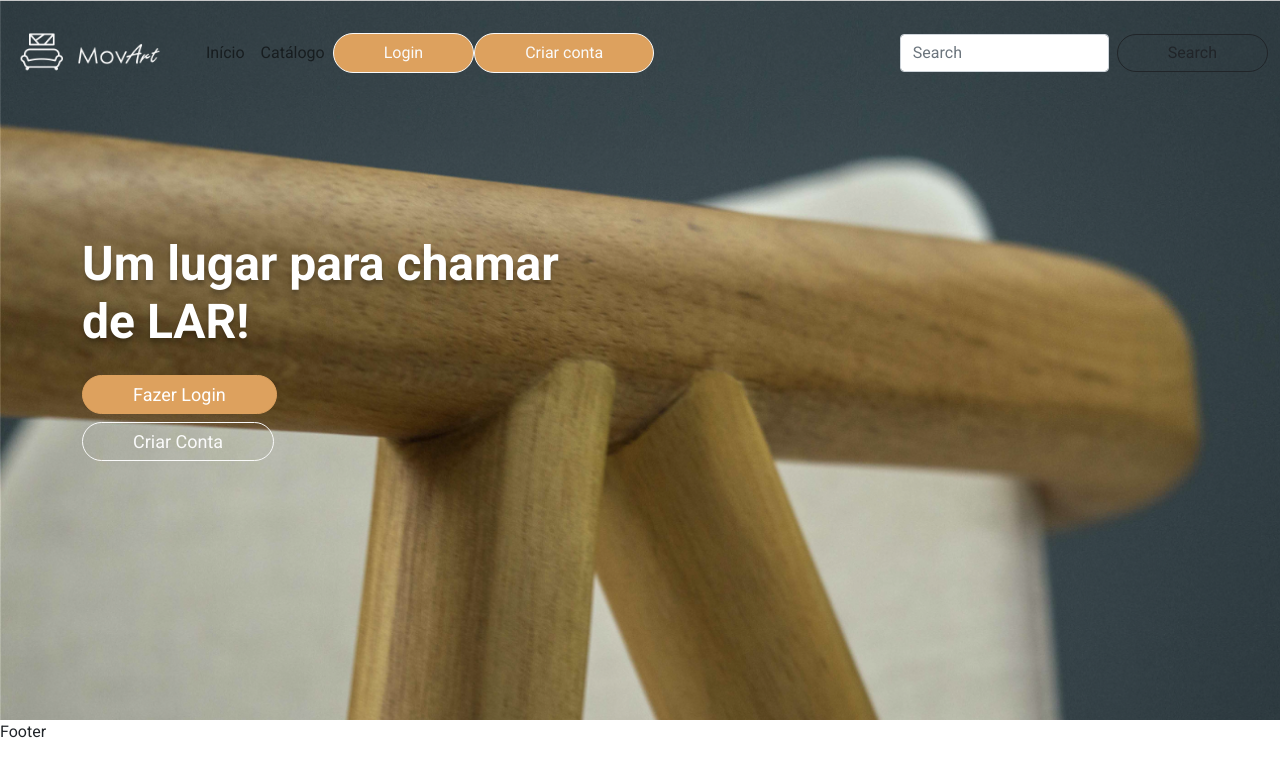
Repository: telesbp/Projeto-4-e-Projeto-5
Page: / (app in front-end/)
The author's editor kept a copy of each file at every save. The page is drawn from the files as they stood at one save, then again after the next save.
The browser window is 1280 px wide. The pictures show the whole page.
The project was rebuilt for these pictures with package versions that can differ from the ones it lists, and the page was loaded fresh each time.

Above is the page before, as saved 2022-07-17 17:24:07.

### front-end/public/index.html
<!DOCTYPE html>
<html lang="pt-BR">
  <head>
    <meta charset="utf-8" />
    <link rel="icon" href="%PUBLIC_URL%/favicon.ico" />
    <meta name="viewport" content="width=device-width, initial-scale=1" />
    <meta name="theme-color" content="#000000" />
    <meta
      name="description"
      content="Seu negócio automatizado!"
    />
    <link rel="apple-touch-icon" href="%PUBLIC_URL%/logo192.png" />
    <!--
      manifest.json provides metadata used when your web app is installed on a
      user's mobile device or desktop. See https://developers.google.com/web/fundamentals/web-app-manifest/
    -->
    <link rel="manifest" href="%PUBLIC_URL%/manifest.json" />
    <!--
      Notice the use of %PUBLIC_URL% in the tags above.
      It will be replaced with the URL of the `public` folder during the build.
      Only files inside the `public` folder can be referenced from the HTML.

      Unlike "/favicon.ico" or "favicon.ico", "%PUBLIC_URL%/favicon.ico" will
      work correctly both with client-side routing and a non-root public URL.
      Learn how to configure a non-root public URL by running `npm run build`.
    -->
    <title>Stagio</title>

    <link rel="preconnect" href="https://fonts.googleapis.com">
    <link rel="preconnect" href="https://fonts.gstatic.com" crossorigin>
    <link href="https://fonts.googleapis.com/css2?family=Roboto:wght@400;700&display=swap" rel="stylesheet">
  </head>
  <body>
    <noscript>You need to enable JavaScript to run this app.</noscript>
    <div id="root"></div>
    <!--
      This HTML file is a template.
      If you open it directly in the browser, you will see an empty page.

      You can add webfonts, meta tags, or analytics to this file.
      The build step will place the bundled scripts into the <body> tag.

      To begin the development, run `npm start` or `yarn start`.
      To create a production bundle, use `npm run build` or `yarn build`.
    -->
  </body>
</html>

### front-end/src/index.tsx
import React from 'react';
import ReactDOM from 'react-dom/client';
import App from './App';
import 'bootstrap/dist/css/bootstrap.min.css';
import { BrowserRouter } from 'react-router-dom';
import 'react-toastify/dist/ReactToastify.css';
import { ToastContainer } from 'react-toastify';
import { GlobalStyle } from './assets/css/global';

const root = ReactDOM.createRoot(
  document.getElementById('root') as HTMLElement
);
root.render(
  <React.StrictMode>
    <BrowserRouter>
    <GlobalStyle/>
      <App />
      <ToastContainer/>
    </BrowserRouter>
  </React.StrictMode>
);

### front-end/src/App.tsx
import { HomeView } from "./views/Home";

function App() {
  return (
    <HomeView/>
  );
}

export default App;

### front-end/src/assets/css/global.ts
import { createGlobalStyle } from "styled-components";

export const GlobalStyle = createGlobalStyle`
    body{
       font-family: 'Roboto', sans-serif;
    }
`

### front-end/src/views/Home/index.tsx
import { Container } from "react-bootstrap";
import styled from "styled-components";
import bgSite from "../../assets/img/cadeira1.png"
import { CustomButton } from "../../components/CustomButton";
import { Layout } from "../../components/Layout";

export function HomeView(){
    return(
        <Layout>
            <Banner className="vh-100">
                <Container className="h-100 d-flex flex-column justify-content-center align-items-center align-items-lg-start">
                    <Title className="text-center text-white text-lg-start mt-auto mt-lg-0 ">Um lugar para chamar de LAR!</Title>
                    <CustomButton size="lg" to="login" variant="primary" className="mt-auto mt-lg-3 mb-2">Fazer Login</CustomButton>
                    <CustomButton size="lg" to="cadastro" variant="outline-primary" className="mb-4">Criar Conta</CustomButton>
                </Container>
            </Banner>
        </Layout>
    )
}

const Banner = styled.div`
    background: url(${bgSite}) no-repeat center center;
    background-size: cover;
`
const Title = styled.h1`
    font-size: 2.25rem;
    font-weight: bold;
    text-shadow: 0 4px 4px rgba(0, 0, 0, 0.25);
    @media (min-width: 992px){
        font-size: 3rem;
        max-width: 500px;
    }
`

### front-end/src/components/CustomButton/index.tsx
import { Button, ButtonProps, Spinner } from "react-bootstrap";
import { LinkContainer } from "react-router-bootstrap";
import styled from "styled-components";

type Props = ButtonProps & {
    loading?: boolean
    to?: string
}

export function CustomButton({children, loading, to, ...otherProps}: Props) {
    const button = (
        <ButtonStyled {...otherProps}>
            {loading && (
                <Spinner animation="border" role="status" size="sm" className="me-2">
                    <span className="visually-hidden">Carregando...</span>
                </Spinner>
            )}
            {children}
        </ButtonStyled>
    )
    if (to){
        return(
            <LinkContainer to={to}>
                {button}
            </LinkContainer>
        )
    }
    return button
}
const ButtonStyled = styled(Button)`
    border-radius: 50px;
    font-weight: 500;
    padding:5px 50px 5px 50px;
    ${props => props.size ==='lg' && `
        font-size: 1.125rem;
    `}
    ${props => (props.variant === "primary" || !props.variant) && `
        background-color: #dda15e;
        border-color: #dda15e;
        &:hover {
            background-color: #bc6c25;
            border-color: #bc6c25;
        }
    `}
    ${props => (props.variant === "outline-primary" || !props.variant) && `
        border-color: #fafafa;
        color: #fafafa;
        &:hover {
            background-color: #dda15e;
            border-color: #dda15e;
        }
    `}
`

### front-end/src/components/Layout/index.tsx
import { Header } from "./Header"

type Props = {
    children: React.ReactNode
}
export const Layout: React.FC<Props> = ({children}) => {
    return (
        <>
            <Header/>
            {children}
            <p>Footer</p>
        </>
    )
}

### front-end/src/components/Layout/Header.tsx
import { Container, Form, Nav, Navbar } from "react-bootstrap";
import { Link } from "react-router-dom";
import styled from "styled-components";
import LogoBrand from "../../assets/img/logobranca.png"
import { CustomButton } from "../CustomButton";
export function Header() {
    return(
        <Navbar fixed="top" expand="lg">
        <Container fluid>
          <Navbar.Brand to="/" as={Link}>
            <img src={LogoBrand} alt="MovArt" width={170} height={80}/>
          </Navbar.Brand>
          <Navbar.Toggle aria-controls="basic-navbar-nav" />
        <NavBarCollapseStyled id="basic-navbar-nav">
          <Nav className="me-auto">
            <Nav.Link href="#home">Início</Nav.Link>
            <Nav.Link href="#link">Catálogo</Nav.Link>
            <CustomButton>Login</CustomButton>
            <CustomButton>Criar conta</CustomButton>
        </Nav>
            <Form className="d-flex">
              <Form.Control
                type="search"
                placeholder="Search"
                className="me-2"
                aria-label="Search"
              />
              <CustomButton variant="outline-dark">Search</CustomButton>
            </Form>
          </NavBarCollapseStyled>
        </Container>
      </Navbar>
    )
}
const NavBarCollapseStyled = styled(Navbar.Collapse)`

`

After the next save:
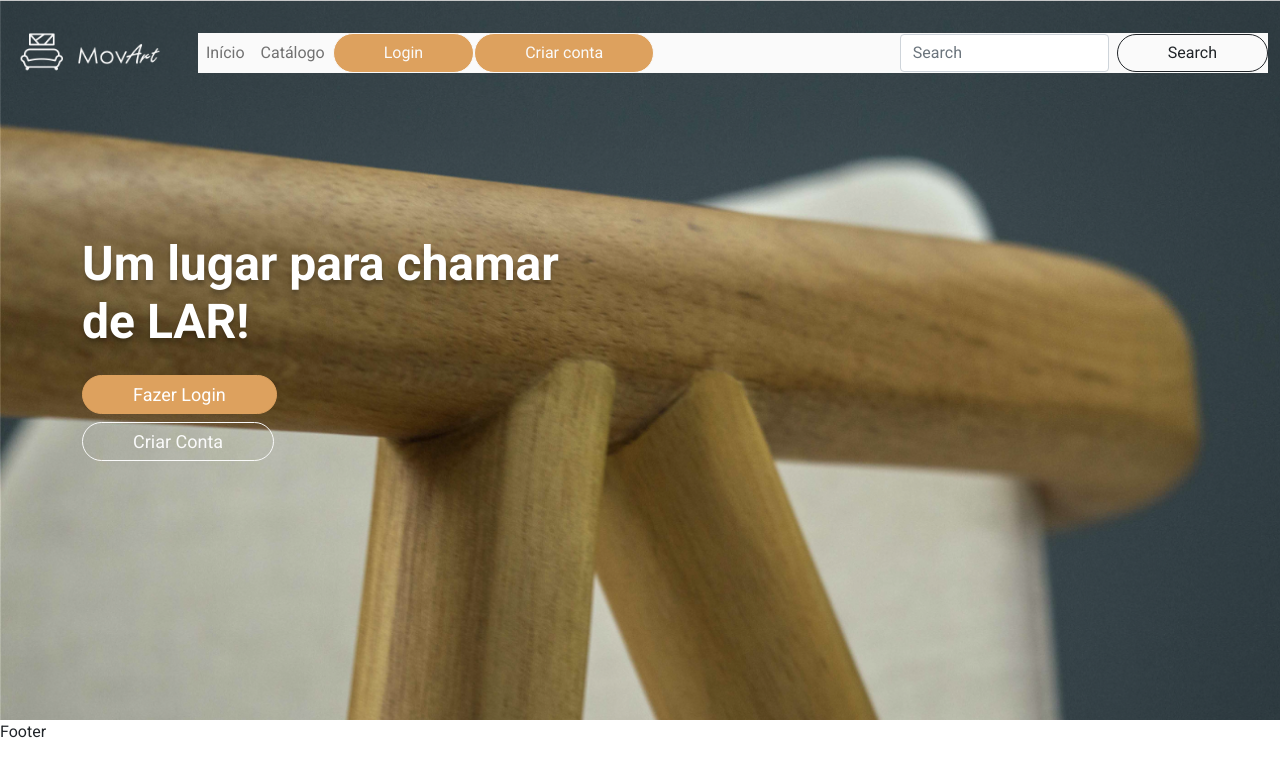
Saved 21 s later.
--- a/front-end/src/components/Layout/Header.tsx
+++ b/front-end/src/components/Layout/Header.tsx
@@ -33,5 +33,5 @@ export function Header() {
     )
 }
 const NavBarCollapseStyled = styled(Navbar.Collapse)`
-
+    background-color:#fafafa ;
 `
